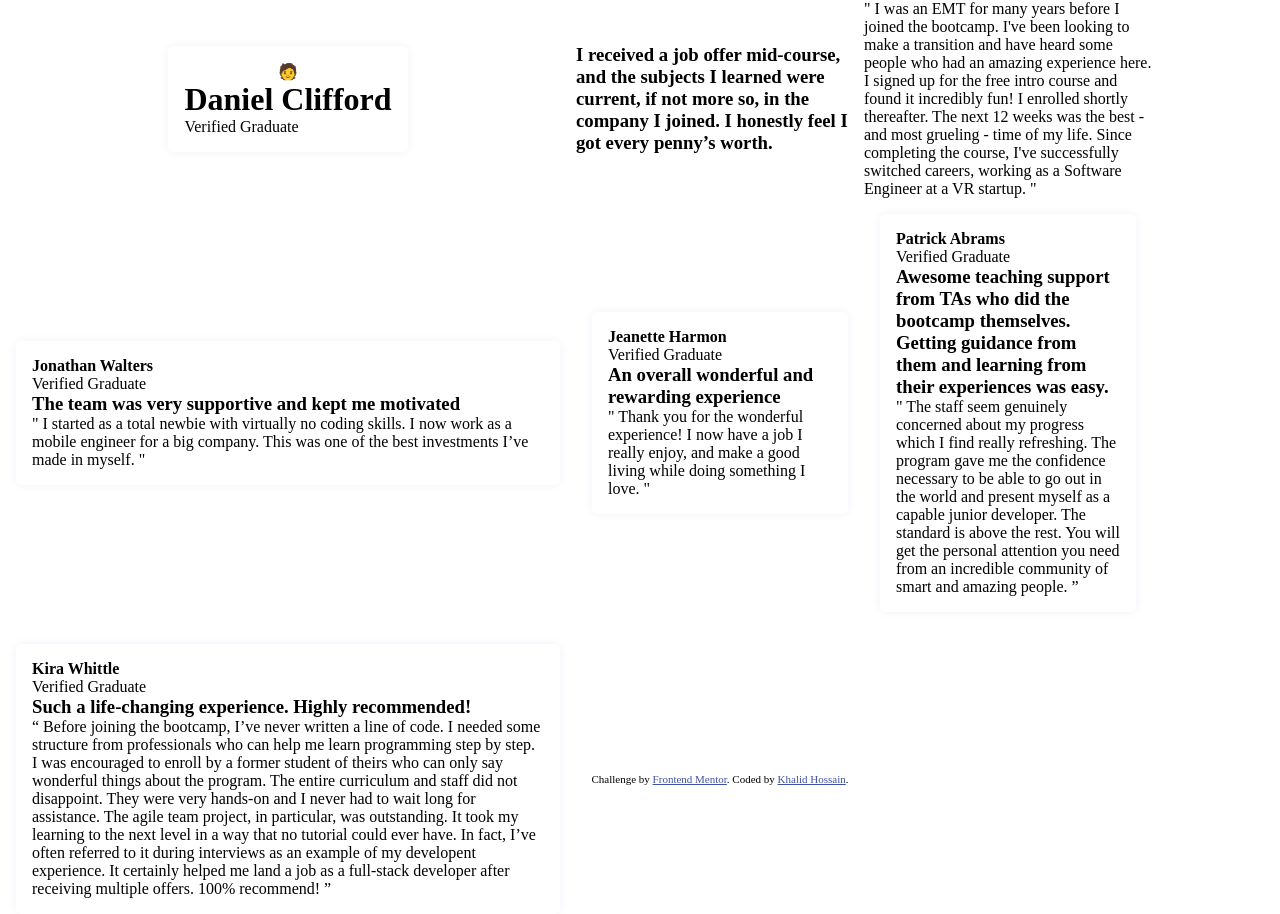
Repository: badhon252/Testimonials-Grid-Section
Page: index.html
These files come from the project's save history. The page is drawn as it stood at one moment and after the next save; the edit follows.
The browser window is 1280 px wide. The pictures show the whole page.

Above is the page before, as saved 2023-02-18 15:46:58.

### index.html
<!DOCTYPE html>
<html lang="en">

<head>
    <meta charset="UTF-8">
    <meta name="viewport" content="width=device-width, initial-scale=1.0">
    <!-- displays site properly based on user's device -->

    <link rel="icon" type="image/png" sizes="32x32" href="./images/favicon-32x32.png">
    <link rel="stylesheet" href="./css/style.css">
    <title>Frontend Mentor | [Challenge Name Here]</title>

</head>

<body>

    <div class="container">
        <div class="box box1">
            <div class="heading">
                <span>🧑</span>
                <div>
                    <h1 class="name">Daniel Clifford</h1>
                    <p>Verified Graduate</p>
                </div>
            </div>
        </div>

        <h3>I received a job offer mid-course, and the subjects I learned were current, if not more so, in the company I joined. I honestly feel I got every penny’s worth.</h3>
        <p>" I was an EMT for many years before I joined the bootcamp. I've been looking to make a transition and have heard some people who had an amazing experience here. I signed up for the free intro course and found it incredibly fun! I enrolled shortly
            thereafter. The next 12 weeks was the best - and most grueling - time of my life. Since completing the course, I've successfully switched careers, working as a Software Engineer at a VR startup. "</p>
        <div class="box box2">
            <h4>Jonathan Walters</h4>
            <p>Verified Graduate</p>
            <h3>The team was very supportive and kept me motivated</h3>
            <p>" I started as a total newbie with virtually no coding skills. I now work as a mobile engineer for a big company. This was one of the best investments I’ve made in myself. "</p>
        </div>
        <div class="box box3">
            <h4>Jeanette Harmon</h4>
            <p>Verified Graduate</p>
            <h3>An overall wonderful and rewarding experience</h3>
            <p>" Thank you for the wonderful experience! I now have a job I really enjoy, and make a good living while doing something I love. "</p>
        </div>
        <div class="box box4">
            <h4>Patrick Abrams</h4>
            <p>Verified Graduate</p>
            <h3>Awesome teaching support from TAs who did the bootcamp themselves. Getting guidance from them and learning from their experiences was easy.</h3>
            <p>" The staff seem genuinely concerned about my progress which I find really refreshing. The program gave me the confidence necessary to be able to go out in the world and present myself as a capable junior developer. The standard is above the
                rest. You will get the personal attention you need from an incredible community of smart and amazing people. ”
            </p>
        </div>
        <div class="box box5">
            <h4>Kira Whittle</h4>
            <p>Verified Graduate</p>
            <h3>Such a life-changing experience. Highly recommended!</h3>
            <p>“ Before joining the bootcamp, I’ve never written a line of code. I needed some structure from professionals who can help me learn programming step by step. I was encouraged to enroll by a former student of theirs who can only say wonderful
                things about the program. The entire curriculum and staff did not disappoint. They were very hands-on and I never had to wait long for assistance. The agile team project, in particular, was outstanding. It took my learning to the next
                level in a way that no tutorial could ever have. In fact, I’ve often referred to it during interviews as an example of my developent experience. It certainly helped me land a job as a full-stack developer after receiving multiple offers.
                100% recommend! ”</p>
        </div>



        <div class="attribution">
            Challenge by <a href="https://www.badhon252.me" target="_blank">Frontend Mentor</a>. Coded by <a href="#">Khalid
        Hossain</a>.
        </div>
</body>

</html>

### css/style.css
* {
    margin: 0;
    padding: 0;
    box-sizing: border-box;
}

body {
    height: 98vh;
}

.container {
    max-height: 90%;
    max-width: 90%;
    display: grid;
    place-items: center;
    grid-template-columns: 2fr 1fr 1fr;
    grid-template-rows: 1fr 2fr 1fr;
    /* grid-template-areas: 'box1 box1 box2 box3' 'box4 box5 box5 box3'; */
}

.heading {
    display: grid;
    place-items: center;
}

.box {
    border-radius: 5px;
    padding: 1rem;
    margin: 1rem;
    box-shadow: 0 0 10px 0 hsl(227, 47%, 96%);
}

.attribution {
    font-size: 11px;
    text-align: center;
}

.attribution a {
    color: hsl(228, 45%, 44%);
}

After the next save:
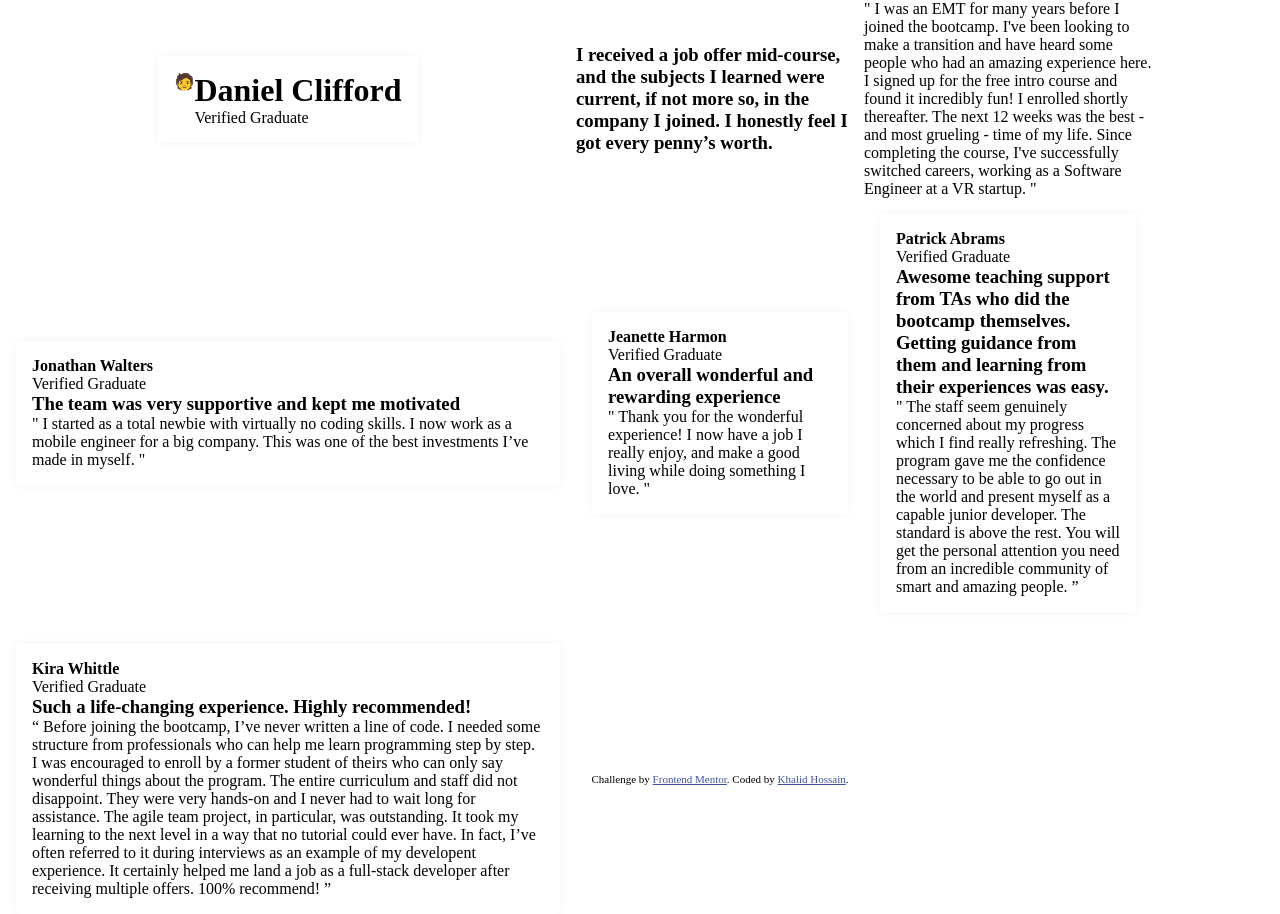
Saved 12 s later.
--- a/css/style.css
+++ b/css/style.css
@@ -19,8 +19,7 @@ body {
 }
 
 .heading {
-    display: grid;
-    place-items: center;
+    display: flex;
 }
 
 .box {
